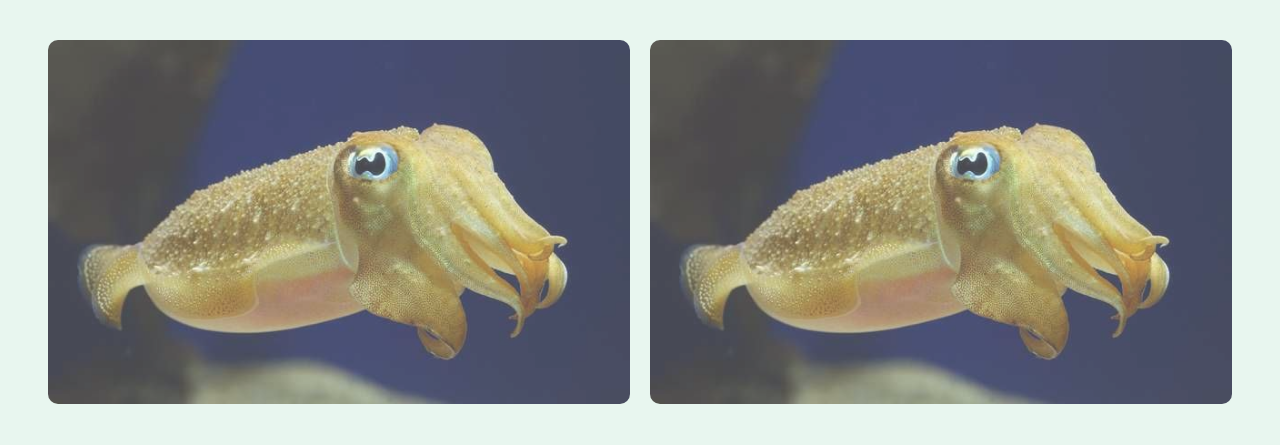
Repository: neomort/comm-lab-vid-site
Page: index.html
These files come from the project's save history. The page is drawn as it stood at one moment and after the next save; the edit follows.
The browser window is 1280 px wide. The pictures show the whole page.

Above is the page before, as saved 2021-09-12 21:20:43.

### index.html
<!DOCTYPE html>

<head>
<title>The String: 30 second film festival home</title>
<link rel="icon" href="images/chicken.png"/>
<link rel="stylesheet" href="./css/styles.css" />
</head>

<body class="bg-2">
  <div >
    <div class="default-margin">
      <div class="row">
        <div class="column">
          <a href="https://www.youtube.com/watch?v=O3Jf4U1E7Jc"><img class="image-1" src="images/cuddle.jpg" /></a>

        </div>
        <div class="column-2">
          <a href="https://www.youtube.com/watch?v=O3Jf4U1E7Jc"><img class="image-1" src="images/cuddle.jpg" /></a>
        </div>
      </div>


    </div>

</div>
</body>

### css/styles.css
/* background colors */
/* color scheme */
.bg-1 {
  /* Yellow */
  background: #FFE194;
}

.bg-2 {
  /* Light */
  background: #E8F6EF;
}

.bg-3 {
  /* medium */
  background: #E8F6EF;
}

.bg-4 {
  /* dark */
  background: #4C4C6D;
}


/* flex properties */

.row {
  display: flex;
}

.column {
  flex: 50%;
  padding: 10px;
}

.column-2 {
  flex: 50%;
  padding: 10px;
  align-content: end;
}

.default-margin{
  margin: 30px;

}

.image-1 {
  border-radius: 10px;
  width: 100%;
  opacity: 70%;
  transition: 0.3s;
}

.image-1:hover {
  width: 101%;
  opacity:100%;
}

.container {
  position: relative;
  text-align: center;

}

.centered-text {
  position: absolute;
  top: 50%;
  left: 50%;
  transform: translate(-50%, -50%);
}

After the next save:
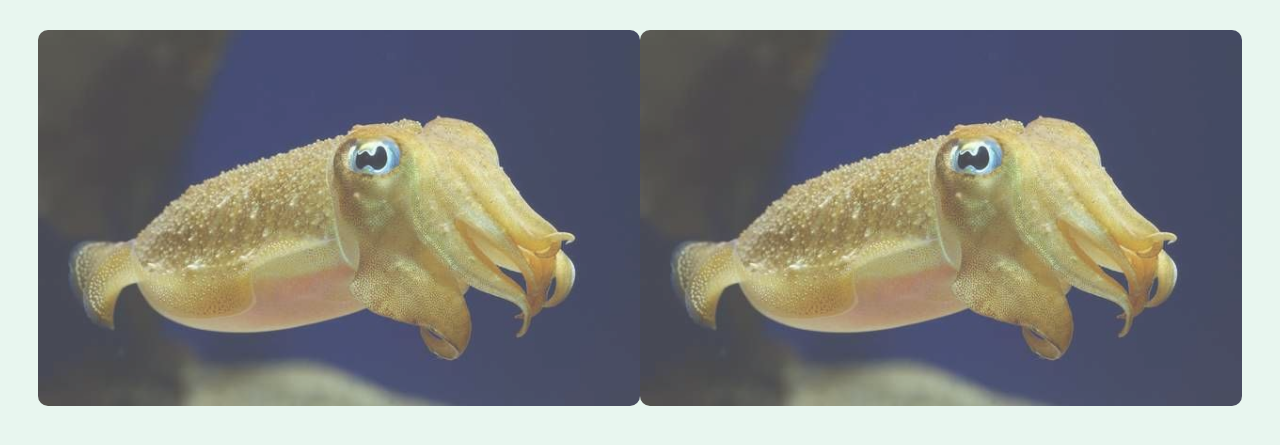
Saved 20 s later.
--- a/index.html
+++ b/index.html
@@ -10,11 +10,11 @@
   <div >
     <div class="default-margin">
       <div class="row">
-        <div class="column">
+        <div class="column, container">
           <a href="https://www.youtube.com/watch?v=O3Jf4U1E7Jc"><img class="image-1" src="images/cuddle.jpg" /></a>
 
         </div>
-        <div class="column-2">
+        <div class="column-2, container">
           <a href="https://www.youtube.com/watch?v=O3Jf4U1E7Jc"><img class="image-1" src="images/cuddle.jpg" /></a>
         </div>
       </div>

After the save that followed:
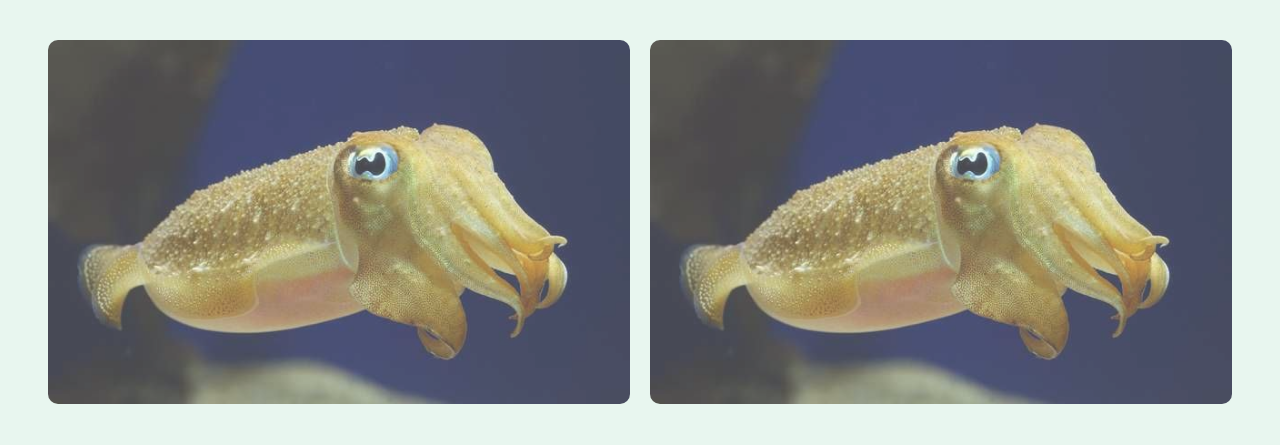
Saved 18 s later.
--- a/index.html
+++ b/index.html
@@ -10,11 +10,11 @@
   <div >
     <div class="default-margin">
       <div class="row">
-        <div class="column, container">
+        <div class="column container">
           <a href="https://www.youtube.com/watch?v=O3Jf4U1E7Jc"><img class="image-1" src="images/cuddle.jpg" /></a>
 
         </div>
-        <div class="column-2, container">
+        <div class="column-2 container">
           <a href="https://www.youtube.com/watch?v=O3Jf4U1E7Jc"><img class="image-1" src="images/cuddle.jpg" /></a>
         </div>
       </div>
